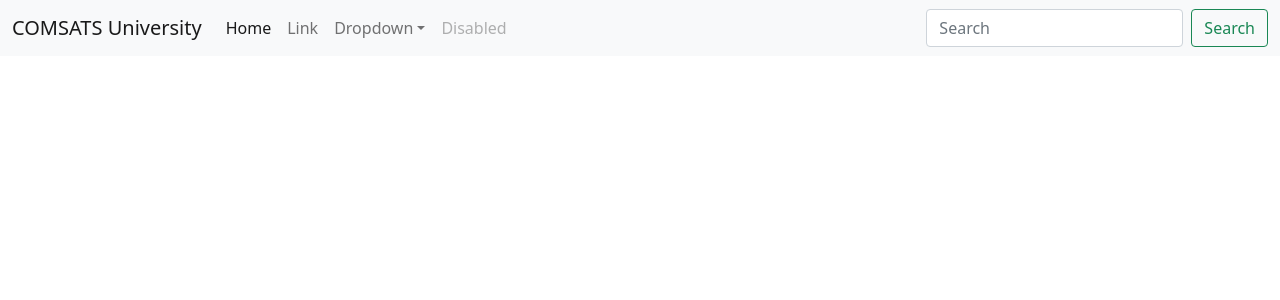
Repository: SaudCh/Web-Mid-Exams
Page: /
These files come from the project's save history. The page is drawn as it stood at one moment and after the next save; the edit follows.
The browser window is 1280 px wide. The pictures show the whole page.
The project was rebuilt for these pictures with package versions that can differ from the ones it lists, and the page was loaded fresh each time.

Above is the page before, as saved 2021-11-22 10:28:32.

After the next save:
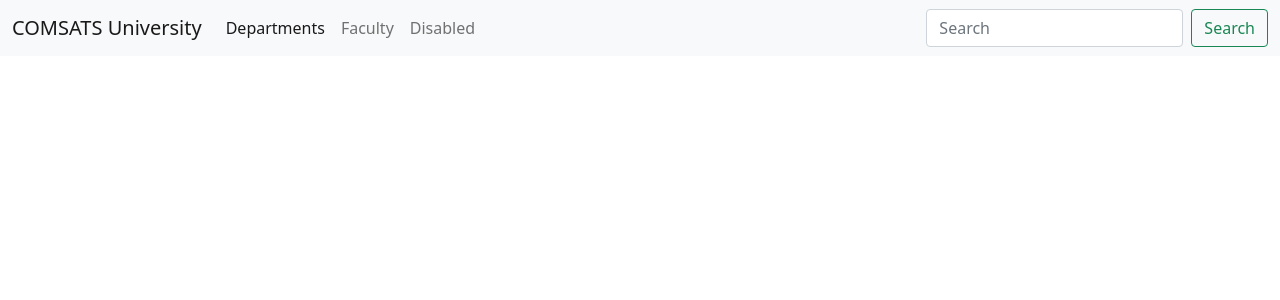
Saved 34 s later.
--- a/src/Shared/Header.jsx
+++ b/src/Shared/Header.jsx
@@ -22,53 +22,17 @@
           <ul class="navbar-nav me-auto mb-2 mb-lg-0">
             <li class="nav-item">
               <a class="nav-link active" aria-current="page" href="#">
-                Home
+                Departments
               </a>
             </li>
             <li class="nav-item">
               <a class="nav-link" href="#">
-                Link
+                Faculty
               </a>
             </li>
-            <li class="nav-item dropdown">
-              <a
-                class="nav-link dropdown-toggle"
-                href="#"
-                id="navbarDropdown"
-                role="button"
-                data-bs-toggle="dropdown"
-                aria-expanded="false"
-              >
-                Dropdown
-              </a>
-              <ul class="dropdown-menu" aria-labelledby="navbarDropdown">
-                <li>
-                  <a class="dropdown-item" href="#">
-                    Action
-                  </a>
-                </li>
-                <li>
-                  <a class="dropdown-item" href="#">
-                    Another action
-                  </a>
-                </li>
-                <li>
-                  <hr class="dropdown-divider" />
-                </li>
-                <li>
-                  <a class="dropdown-item" href="#">
-                    Something else here
-                  </a>
-                </li>
-              </ul>
-            </li>
+
             <li class="nav-item">
-              <a
-                class="nav-link disabled"
-                href="#"
-                tabindex="-1"
-                aria-disabled="true"
-              >
+              <a class="nav-link" href="#" tabindex="-1" aria-disabled="true">
                 Disabled
               </a>
             </li>
